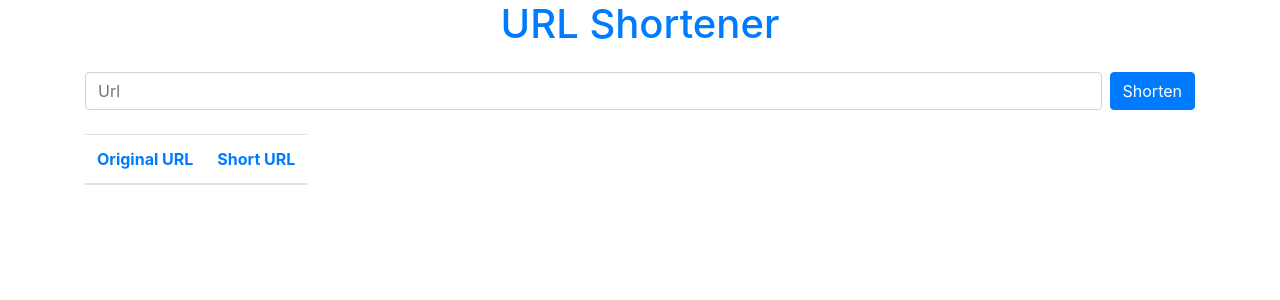
Repository: Art101-ui/Url-shorterner
Page: http://localhost/
An editor plug-in stored every save of this project. The page is shown before and after the next save, followed by the edit.
The browser window is 1280 px wide. The pictures show the whole page.
The page is served by the project's Node server (server.js). Queries for data that is not in the repository find no rows.

Above is the page before, as saved 2022-02-24 14:29:05.

After the next save:
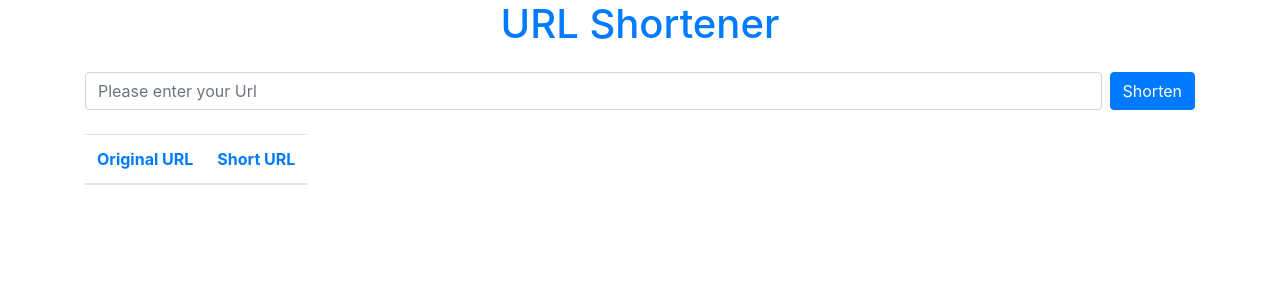
Saved 44 s later.
--- a/views/index.ejs
+++ b/views/index.ejs
@@ -16,10 +16,10 @@
     <div class="container">
       <h1 class="text-center text-primary">URL Shortener</h1>
       <form action="/shortUrls" method="POST" class="my-4 form-inline">
-        <label for="fullUrl" class="sr-only"></label>
+        <label for="fullUrl" class="sr-only">Url</label>
         <input
           required
-          placeholder="Url"
+          placeholder="Please enter your Url"
           type="url"
           name="fullUrl"
           id="fullUrl"
